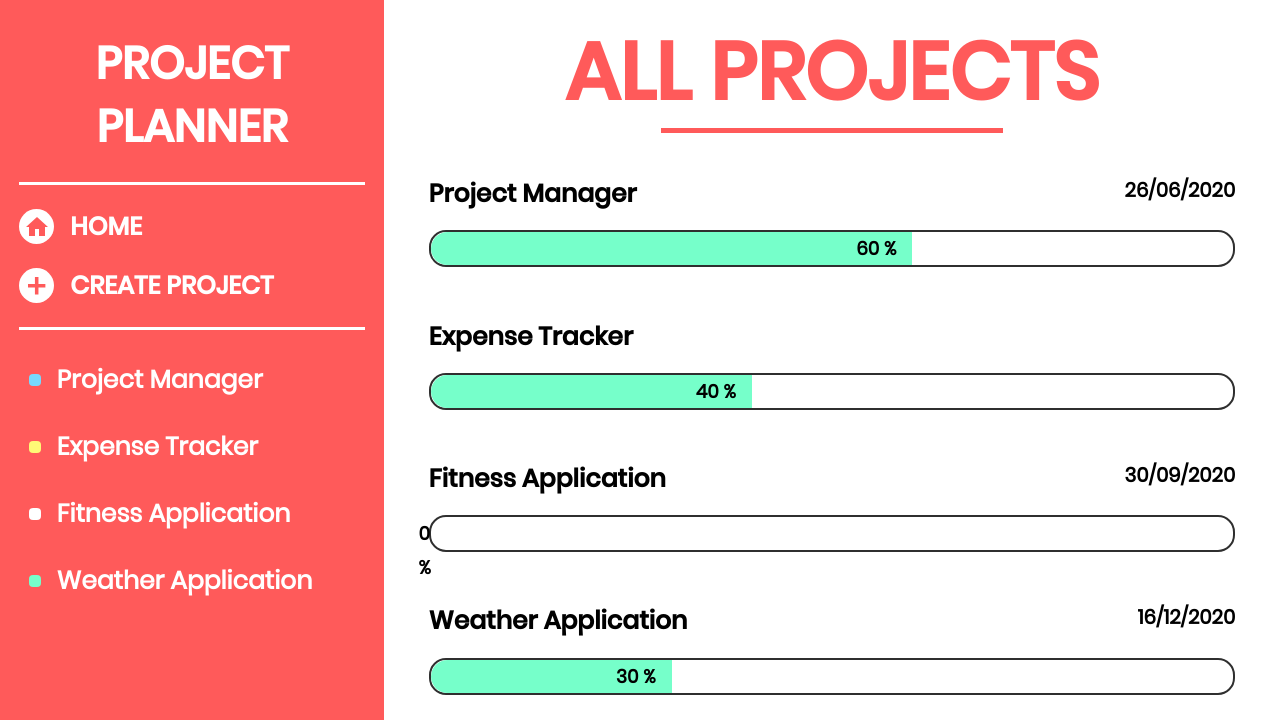
Repository: AzharMoosa/project-manager
Page: /
An editor plug-in stored every save of this project. The page is shown before and after a run of saves, followed by the edit.
The browser window is 1280 px wide. The pictures show the whole page.
The project was rebuilt for these pictures with package versions that can differ from the ones it lists, and the page was loaded fresh each time.

Above is the page before, as saved 2020-06-22 11:18:31.

### public/index.html
<!DOCTYPE html>
<html lang="en">
  <head>
    <meta charset="utf-8" />
    <link rel="icon" href="%PUBLIC_URL%/favicon.ico" />
    <meta name="viewport" content="width=device-width, initial-scale=1" />
    <meta name="theme-color" content="#000000" />
    <meta
      name="description"
      content="Web site created using create-react-app"
    />
    <link rel="apple-touch-icon" href="%PUBLIC_URL%/logo192.png" />

    <link rel="manifest" href="%PUBLIC_URL%/manifest.json" />

    <title>Project Planner</title>
  </head>
  <body>
    <noscript>You need to enable JavaScript to run this app.</noscript>
    <div id="root"></div>
  </body>
</html>

### src/App.js
import React from "react";
import Sidebar from "./components/sidebar/Siebar";
import Home from "./components/home/Home";
import { ProjectProvider } from "./ProjectContext";

import "./App.css";

function App() {
  return (
    <ProjectProvider>
      <div className='container'>
        <Sidebar />
        <Home />
      </div>
    </ProjectProvider>
  );
}

export default App;

### src/components/sidebar/Siebar.js
import React from "react";
import Header from "./Header";
import ProjectList from "../project-list/ProjectList";

const Siebar = () => {
  return (
    <div className='sidebar'>
      <Header />
      <ProjectList />
    </div>
  );
};

export default Siebar;

### src/components/home/Home.js
import React, { useContext } from "react";
import ProgectProgress from "./ProgectProgress";
import { ProjectContext } from "../../ProjectContext";

const Home = () => {
  // eslint-disable-next-line
  const [projects, setProjects] = useContext(ProjectContext);

  return (
    <div className='home'>
      <h1 className='home-title'>ALL PROJECTS</h1>
      {projects.map((project) => (
        <ProgectProgress
          name={project.name}
          date={project.date}
          progress={project.progress}
          key={project.id}
        />
      ))}
    </div>
  );
};

export default Home;

### src/ProjectContext.js
import React, { useState, createContext } from "react";

export const ProjectContext = createContext();

export const ProjectProvider = (props) => {
  const [projects, setProjects] = useState([
    {
      name: "Project Manager",
      overview:
        "A project management application which allows you to plan personal projects and track its progress.  Create detail plans of projects before developing projects.",
      tools: ["HTML", "CSS", "JAVASCRIPT", "REACT"],
      progress: 60,
      tasks: [
        "Create Project Plans",
        "Todo List for Each Project",
        "Track Progress",
        "Priority List",
        "Choose Tools In Each Project",
        "Clean And Simple Design",
        "Use REACT",
      ],
      color: "blue",
      date: "26/06/2020",
      id: 28392,
    },

    {
      name: "Expense Tracker",
      overview:
        "A expense tracker application which allows you to budget and track your savings.  Track what expenses you have",
      tools: ["HTML", "CSS", "JAVASCRIPT", "REACT"],
      progress: 40,
      tasks: [
        "Expenses In And Out",
        "Current Balance",
        "Highest Money Out",
        "Clean And Simple Design",
        "Use REACT",
      ],
      color: "yellow",
      date: "",
      id: 2032,
    },

    {
      name: "Fitness Application",
      overview:
        "A fitness application which can track workouts and meal plans. Plan exercise routines and meal plans all in one hub.",
      tools: [
        "HTML",
        "CSS",
        "JAVASCRIPT",
        "REACT",
        "NODEJS",
        "EXPRESS",
        "MONGODB",
      ],
      progress: 0,
      tasks: [
        "Exercise Plan",
        "Diet Plan",
        "Clean And Simple Design",
        "Use REACT",
      ],
      color: "white",
      date: "30/09/2020",
      id: 203234,
    },

    {
      name: "Weather Application",
      overview:
        "A weather application which can track weather and climate. See weather and climate for different locations all around the world.",
      tools: ["HTML", "CSS", "JAVASCRIPT", "REACT", "ADOBE XD"],
      progress: 30,
      tasks: [
        "Weather",
        "Temp, Humidity, Press",
        "Clean And Simple Design",
        "Use REACT",
      ],
      color: "green",
      date: "16/12/2020",
      id: 20327734,
    },
  ]);

  return (
    <ProjectContext.Provider value={[projects, setProjects]}>
      {props.children}
    </ProjectContext.Provider>
  );
};

### src/App.css
:root {
  --red: #ff5a5a;
  --green: #76ffca;
  --blue: #76daff;
  --yellow: #fffa76;
  --purple: #ab76ff;
}

/* CSS RESET */

* {
  margin: 0;
  padding: 0;
  box-sizing: border-box;
}

/* Fonts */

@font-face {
  font-family: "Poppins-Med";
  src: url("./fonts/Poppins-Medium.ttf");
}

@font-face {
  font-family: "Poppins-Reg";
  src: url("./fonts/Poppins-Regular.ttf");
}

/* Body */

body {
  font-family: "Poppins-Reg";
  line-height: 1.4;
}

/* Utilities */

/* Bullet Points */

.white:before,
.blue:before,
.yellow:before,
.green:before,
.purple:before {
  content: " ";
  height: 12px;
  width: 12px;
  margin-right: 1rem;
  border-radius: 4px;
}

.blue:before {
  background-color: var(--blue);
}

.yellow:before {
  background-color: var(--yellow);
}

.green:before {
  background-color: var(--green);
}

.purple:before {
  background-color: var(--purple);
}

.white:before {
  background-color: #fff;
}

/* Container */
.container {
  display: flex;
}

/* Sidebar */
.sidebar {
  width: 30vw;
  background-color: var(--red);
  height: 100vh;
  color: #fff;
}

.title {
  font-size: 45px;
  font-family: "Poppins-Med";
  text-align: center;
  padding-top: 2rem;
}

.nav-btns::after,
.nav-btns:before {
  content: " ";
  display: block;
  border-bottom: 3px solid #fff;
  width: 100%;
  margin: 1.5rem auto;
}

.nav-btns {
  width: 90%;
  margin: auto;
}

.home-btn,
.create-project-btn {
  display: flex;
  align-items: center;
  margin-top: 1.5rem;
}

.home-btn h3,
.create-project-btn h3 {
  margin-left: 1rem;
  font-family: "Poppins-Med";
  font-size: 25px;
}

.home-btn svg,
.create-project-btn svg {
  cursor: pointer;
}

/* Home */

.home {
  width: 70vw;
  display: flex;
  flex-direction: column;
}

.home-title {
  font-size: 80px;
  font-family: "Poppins-Med";
  color: var(--red);
  text-align: center;
  margin-top: 1rem;
}

.home-title:after {
  content: " ";
  display: block;
  border-bottom: 5px solid var(--red);
  width: 342px;
  margin: 0 auto 1.5rem auto;
}

/* Project Sidebar List */
.project-side {
  width: 85%;
  margin: 2rem auto;
  display: flex;
  align-items: center;
  cursor: pointer;
}

.project-side h3 {
  font-size: 25px;
}

/* Progress Bar */
.progressbar {
  width: 90%;
  background-color: #fff;
  border: 2px solid #2f2f2f;
  border-radius: 17px;
  margin: 0 auto 2rem auto;
}

.progressbar > div {
  background-color: var(--green);
  height: 33px;
  border-radius: 17px 0 0 17px;
}

.progressbar > div h3 {
  display: flex;
  justify-content: flex-end;
  align-items: center;
  line-height: 1.8;
  margin-right: 1rem;
}

.project-title {
  width: 90%;
  margin: 1.2rem auto;
  display: flex;
  justify-content: space-between;
}

.project-title h3 {
  font-size: 25px;
  font-family: "Poppins-Med";
}

.project-title h4 {
  font-size: 20px;
  font-family: "Poppins-Reg";
}

### src/components/sidebar/Header.js
import React from "react";

const Header = () => {
  return (
    <div>
      <h1 className='title'>PROJECT PLANNER</h1>
      <div className='nav-btns'>
        <div className='home-btn'>
          <svg
            xmlns='http://www.w3.org/2000/svg'
            width='35'
            height='35'
            viewBox='0 0 35 35'
          >
            <g
              id='Home_Btn'
              data-name='Home Btn'
              transform='translate(-139 -182)'
            >
              <circle
                id='Ellipse_1'
                data-name='Ellipse 1'
                cx='17.5'
                cy='17.5'
                r='17.5'
                transform='translate(139 182)'
                fill='#fff'
              />
              <path
                id='icons8-home'
                d='M12,2.1,1,12H4v9h6V14h4v7h6V12h3Z'
                transform='translate(145 187.9)'
                fill='#ff5a5a'
              />
            </g>
          </svg>
          <h3>HOME</h3>
        </div>

        <div className='create-project-btn'>
          <svg
            xmlns='http://www.w3.org/2000/svg'
            width='35'
            height='35'
            viewBox='0 0 35 35'
          >
            <g id='Group_6' data-name='Group 6' transform='translate(-50 -242)'>
              <circle
                id='Ellipse_2'
                data-name='Ellipse 2'
                cx='17.5'
                cy='17.5'
                r='17.5'
                transform='translate(50 242)'
                fill='#fff'
              />
              <path
                id='icons8-plus'
                d='M8.922,2V8.922H2v1.538H8.922v6.922h1.538V10.461h6.922V8.922H10.461V2Z'
                transform='translate(58 250)'
                fill='#ff5a5a'
                stroke='#ff5a5a'
                strokeWidth='2'
                fillRule='evenodd'
              />
            </g>
          </svg>
          <h3>CREATE PROJECT</h3>
        </div>
      </div>
    </div>
  );
};

export default Header;

### src/components/project-list/ProjectList.js
import React, { useContext } from "react";
import { ProjectContext } from "../../ProjectContext";
import ProjectSide from "./ProjectSide";

const ProjectList = () => {
  // eslint-disable-next-line
  const [projects, setProjects] = useContext(ProjectContext);

  return (
    <div>
      {projects.map((project) => (
        <ProjectSide
          name={project.name}
          color={project.color}
          key={project.id}
        />
      ))}
    </div>
  );
};

export default ProjectList;

### src/components/home/ProgectProgress.js
import React from "react";
import ProgressBar from "./ProgressBar";

const ProgectProgress = ({ name, date, progress }) => {
  return (
    <div className='project-progress'>
      <div className='project-title'>
        <h3>{name}</h3>
        <h4>{date}</h4>
      </div>
      <ProgressBar progress={progress} />
    </div>
  );
};

export default ProgectProgress;

### src/components/project-list/ProjectSide.js
import React from "react";

const Project = ({ name, color }) => {
  return (
    <div className={`project-side ${color}`}>
      <h3>{name}</h3>
    </div>
  );
};

export default Project;

### src/components/home/ProgressBar.js
import React from "react";

const ProgressBar = ({ progress }) => {
  return (
    <div className='progressbar'>
      <div style={{ width: `${progress}%` }}>
        <h3>{progress} %</h3>
      </div>
    </div>
  );
};

export default ProgressBar;

Loaded but not shown: src/index.js (common file)

After the next 2 saves:
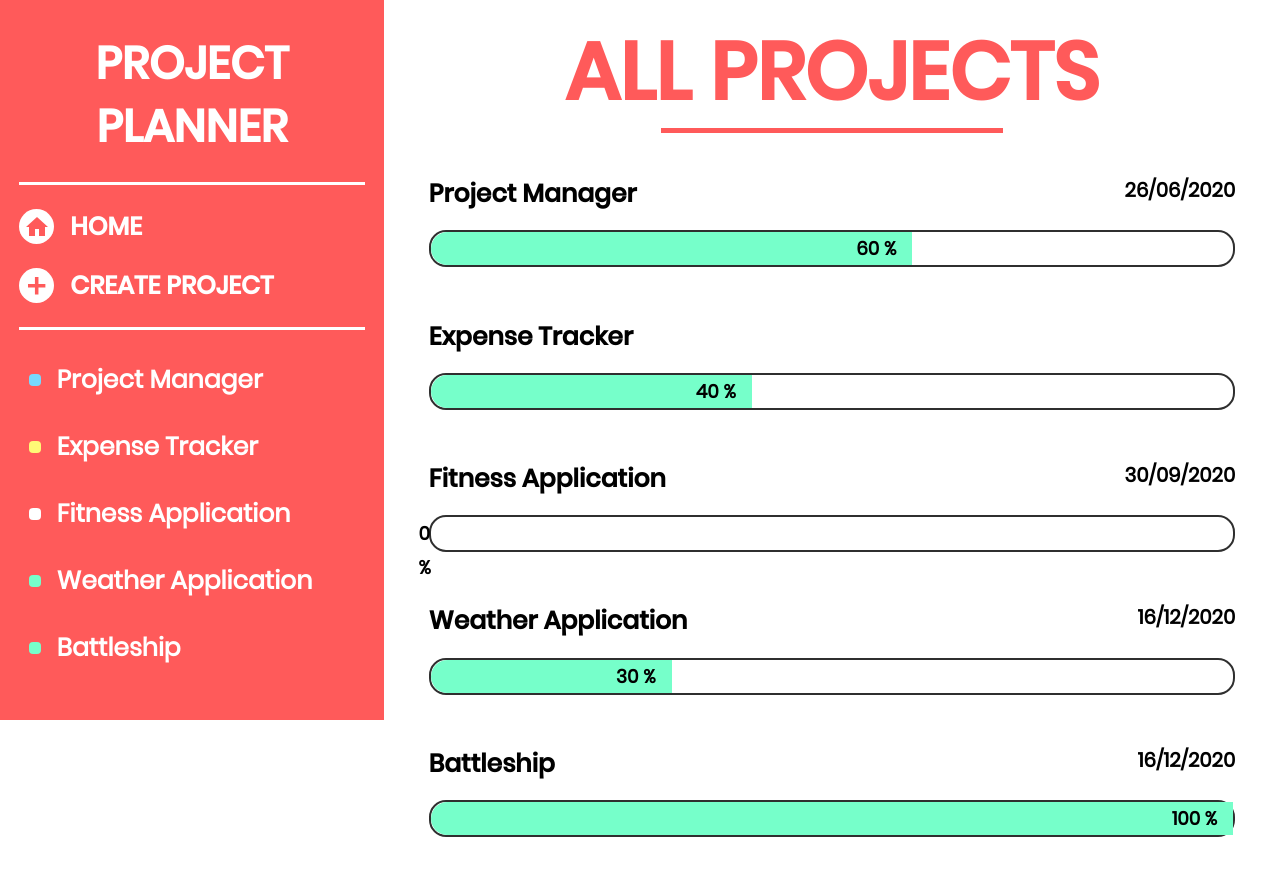
The 2 saves are shown as one change because they came seconds apart.
The last was saved 31 s later.
--- a/src/ProjectContext.js
+++ b/src/ProjectContext.js
@@ -83,6 +83,23 @@ export const ProjectProvider = (props) => {
       date: "16/12/2020",
       id: 20327734,
     },
+
+    {
+      name: "Battleship",
+      overview:
+        "A weather application which can track weather and climate. See weather and climate for different locations all around the world.",
+      tools: ["HTML", "CSS", "JAVASCRIPT", "REACT", "ADOBE XD"],
+      progress: 100,
+      tasks: [
+        "Weather",
+        "Temp, Humidity, Press",
+        "Clean And Simple Design",
+        "Use REACT",
+      ],
+      color: "green",
+      date: "16/12/2020",
+      id: 20327734,
+    },
   ]);
 
   return (
